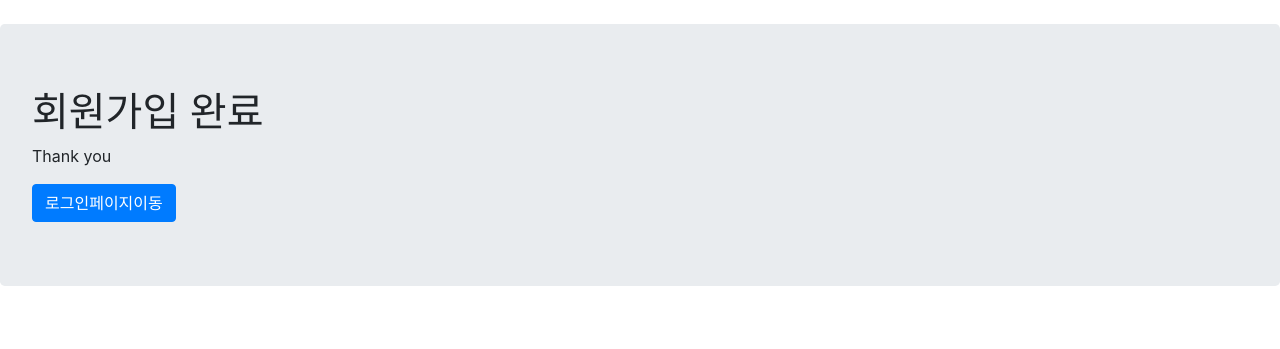
Repository: onlykjy03/JSP
Page: http://localhost/spro_mysql/signproc.jsp
The author's editor kept a copy of each file at every save. The page is drawn from the files as they stood at one save, then again after the next save.
The browser window is 1280 px wide. The pictures show the whole page.
The page is served by Tomcat 9. Other server files are loaded and not shown.

Above is the page before, as saved 2021-04-27 02:03:29.

### eclipse-workspace/spro_mysql/WebContent/signproc.jsp
<%@page import="spro.com.org.SPRO_DBManager"%>
<%@page import="java.sql.DriverManager"%>
<%@page import="java.sql.PreparedStatement"%>
<%@page import="java.sql.Connection"%>
<%@ page language="java" contentType="text/html; charset=UTF-8"
    pageEncoding="UTF-8"%>
<%
SPRO_DBManager sdbm = new SPRO_DBManager();
String suValue= "";
/* out.println(123);
out.println("<p>문단</p>");

for(int i =0; i<10; i++){
	out.println("i="+i);
} */

//id의 값을 가져옴
out.println("<br>");
String p_id = (String)request.getParameter("id");
//out.println("a="+a);
String p_pw = (String)request.getParameter("pw");
String p_name = (String)request.getParameter("name");
String p_phone = (String)request.getParameter("phone");

sdbm.signInsert(p_id,p_pw,p_name,p_phone);
suValue="<a class='btn btn-primary' href='index.jsp'>로그인페이지이동</a>";


%>
<!DOCTYPE html>
<html>
<head>
<meta charset="UTF-8">
<title>Insert title here</title>
<link rel="stylesheet" href="https://maxcdn.bootstrapcdn.com/bootstrap/4.5.2/css/bootstrap.min.css">
<script src="https://ajax.googleapis.com/ajax/libs/jquery/3.5.1/jquery.min.js"></script>
<script src="https://cdnjs.cloudflare.com/ajax/libs/popper.js/1.16.0/umd/popper.min.js"></script>
<script src="https://maxcdn.bootstrapcdn.com/bootstrap/4.5.2/js/bootstrap.min.js"></script>
</head>
<body>
<div class="jumbotron">

<h1>회원가입 완료</h1>
<p>Thank you</p>
<% out.print(suValue); %>
</div>
</body>
</html>

### eclipse-workspace/spro_mysql/src/spro/com/org/SPRO_DBManager.java
package spro.com.org;

import java.sql.Connection;
import java.sql.DriverManager;
import java.sql.PreparedStatement;
import java.sql.ResultSet;

public class SPRO_DBManager {
	String ora_class="oracle.jdbc.driver.OracleDriver";
	String mysql_class="com.mysql.cj.jdbc.Driver";
	String ora_url="jdbc:oracle:thin:@localhost:1521:xe";
	String mysql_url="jdbc:mysql://localhost:3306/spro";
	String mysql_id="root";
	String mysql_pw="1234";

public SPRO_MEMBER ckLogin(String id, String pw) {

	SPRO_MEMBER member = null;
	Connection conn=null;
	PreparedStatement pstmt=null;
	ResultSet rs = null;

	try {

		Class.forName("com.mysql.cj.jdbc.Driver");
		conn = DriverManager.getConnection("jdbc:mysql://localhost:3306/spro","root","1234");
		pstmt=conn.prepareStatement("SELECT * FROM MEMBER WHERE ID=? AND PW=?");
		pstmt.setString(1, id);
		pstmt.setString(2, pw);
		rs=pstmt.executeQuery();
		if(rs.next()) {
			member = new SPRO_MEMBER();
			member.setId(id);
			member.setPw(pw);
			member.setName(rs.getString("name"));
			member.setPhone(rs.getString("phone"));

		}

	}catch(Exception e){
		e.printStackTrace();

	}
	finally {
		try {
			if(pstmt !=null) pstmt.close();
			if(conn !=null) conn.close();
			if(rs != null) rs.close();
		}catch(Exception ex) {

		}
	}
	return member;

}


public int signInsert(String id, String pw, String name, String phone) {
	Connection conn=null;
	PreparedStatement pstmt=null;
	try{
		Class.forName(mysql_class);

		conn=DriverManager.getConnection(
				mysql_url,mysql_id,mysql_pw);
		pstmt = conn.prepareStatement("INSERT INTO "+
				"MEMBER (id,pw,name,phone) VALUES "+
				"?,?,?,?)");
		pstmt.setString(1,id);
		pstmt.setString(2,pw);
		pstmt.setString(3,name);
		pstmt.setString(4,phone);
		//crtl shift x 대문자 변환
		//crtl shift y 소문자 변환

		int ret = pstmt.executeUpdate();
		if(ret >0){
			System.out.println("insert 완료");
			return ret;
		}
	}
	catch(Exception e){
		e.printStackTrace();
	}
	finally{
		try{
			if(pstmt !=null) pstmt.close();
			if(conn !=null) conn.close();
		}catch(Exception ex){

		}
	}

	return 0;


}

}

After the next save:
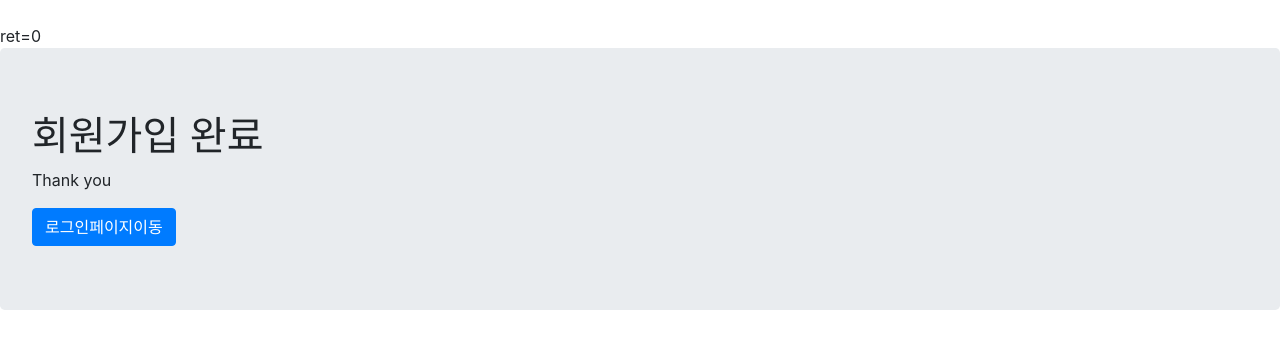
Saved 2 min 16 s later.
--- a/eclipse-workspace/spro_mysql/WebContent/signproc.jsp
+++ b/eclipse-workspace/spro_mysql/WebContent/signproc.jsp
@@ -22,7 +22,8 @@ String p_pw = (String)request.getParameter("pw");
 String p_name = (String)request.getParameter("name");
 String p_phone = (String)request.getParameter("phone");
 
-sdbm.signInsert(p_id,p_pw,p_name,p_phone);
+int ret=sdbm.signInsert(p_id,p_pw,p_name,p_phone);
+out.println("ret="+ret);
 suValue="<a class='btn btn-primary' href='index.jsp'>로그인페이지이동</a>";
 
 
